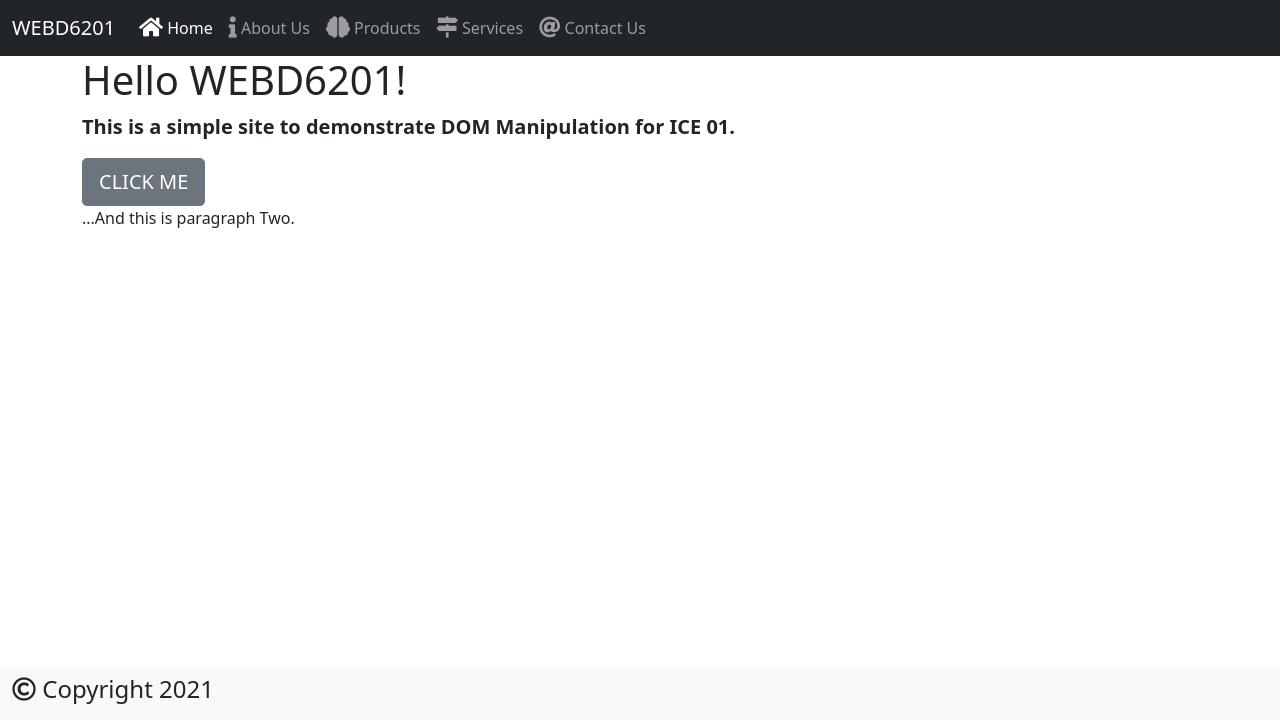
Repository: GarlicButterBoy/WEBD6201-Week1
Page: index.html
The author's editor kept a copy of each file at every save. The page is drawn from the files as they stood at one save, then again after the next save.
The browser window is 1280 px wide. The pictures show the whole page.

Above is the page before, as saved 2021-01-21 08:24:45.

After the next save:
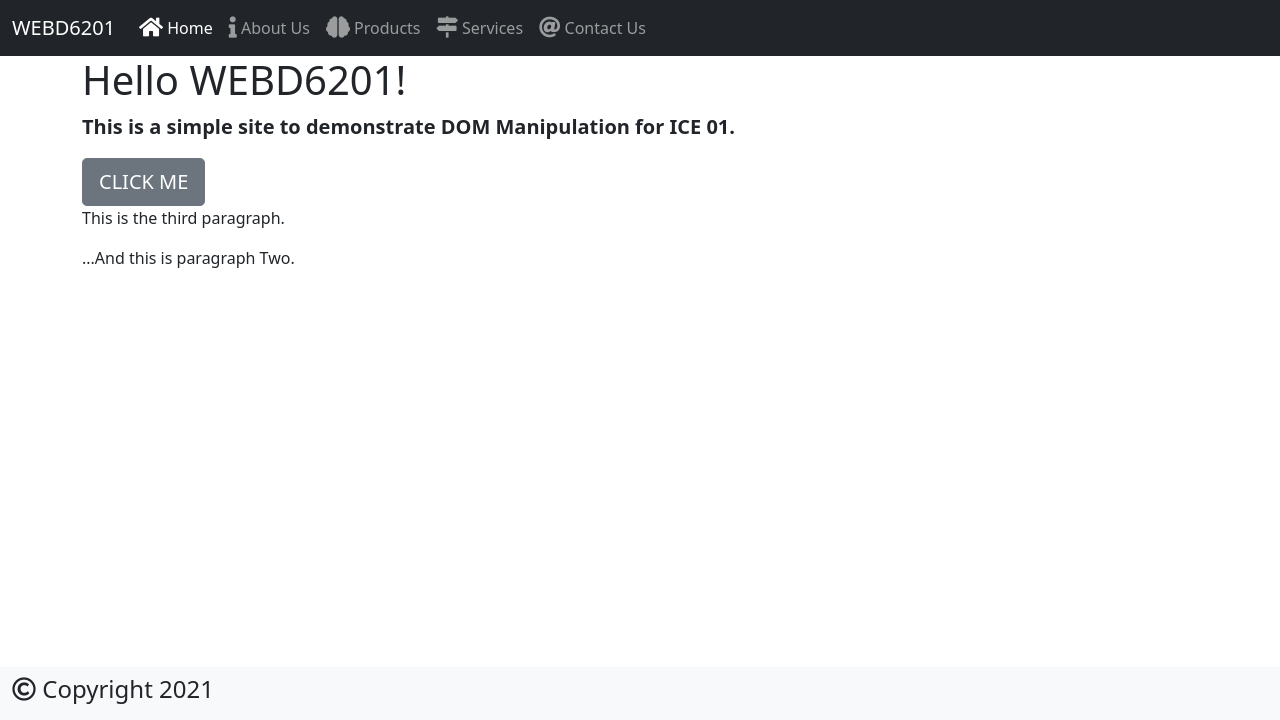
Saved 5 s later.
--- a/Scripts/app.js
+++ b/Scripts/app.js
@@ -41,7 +41,7 @@
        paragraphDiv.innerHTML = paragraphThree;
 
        //Insertion
-       paragraphTwo.before()
+       paragraphTwo.before(paragraphDiv);
 
 
        for (let index = 0; index < 5; index++)

After the 5 saves that followed:
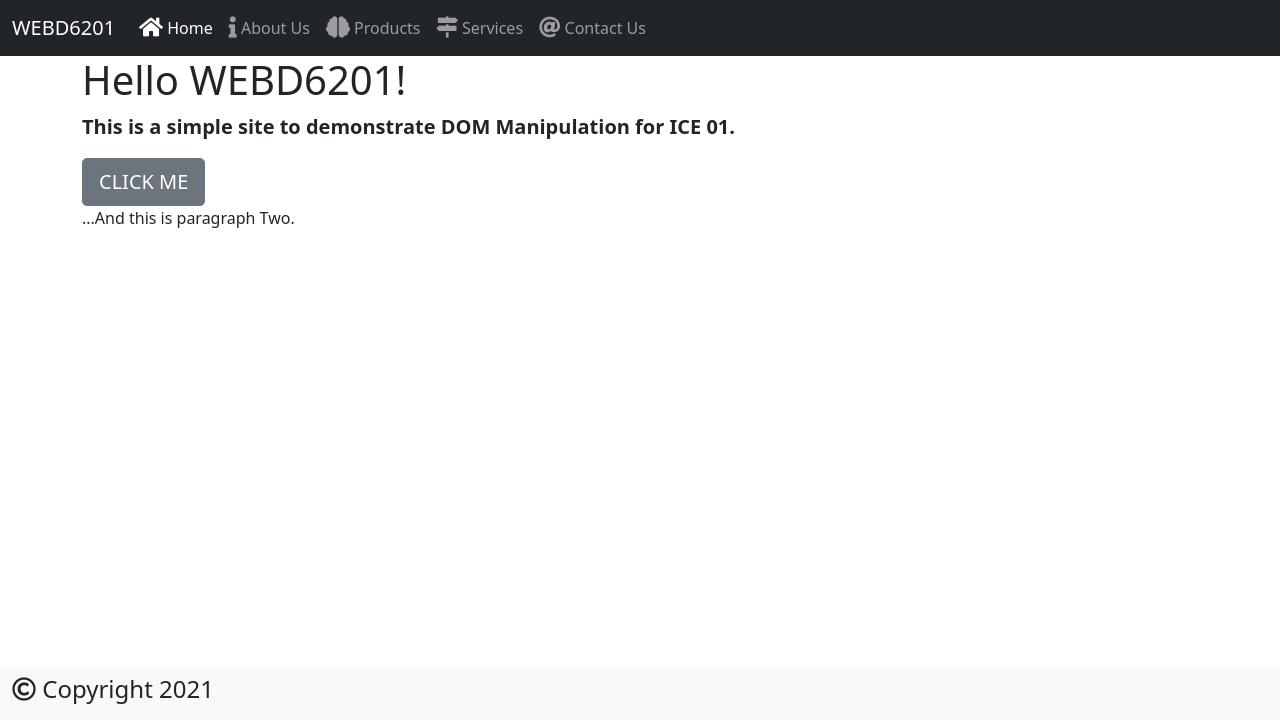
The 5 saves are shown as one change because 2 left the picture as it was and some came seconds apart.
The last was saved 71 s later.
--- a/Scripts/app.js
+++ b/Scripts/app.js
@@ -40,8 +40,10 @@
        let paragraphThree = `<p class="fs-7" fw-bold>This is the third paragraph.</p>`;
        paragraphDiv.innerHTML = paragraphThree;
 
-       //Insertion
-       paragraphTwo.before(paragraphDiv);
+       //Insertion Before
+       //paragraphTwo.before(paragraphDiv);
+
+       //Insertion After
 
 
        for (let index = 0; index < 5; index++)
